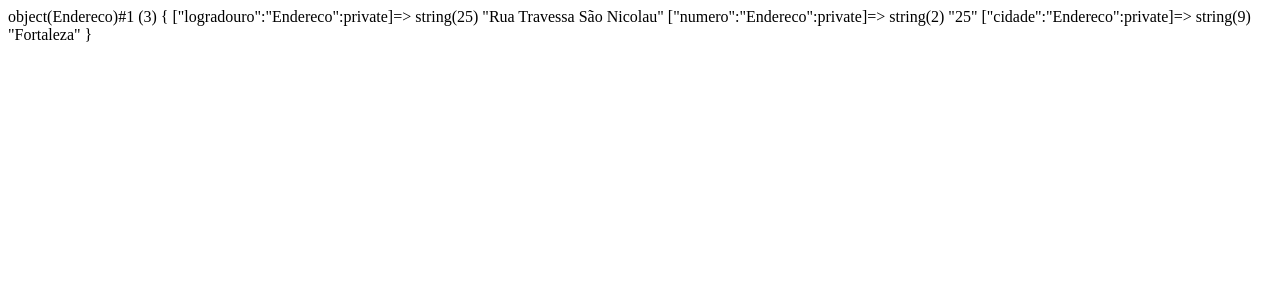
Repository: JeffersonDomingos/estudoPHP
Page: http://localhost/Endereco.php
An editor plug-in stored every save of this project. The page is shown before and after the next save, followed by the edit.
The browser window is 1280 px wide. The pictures show the whole page.
The page is run by PHP 8.4 with error messages shown; the project is at /var/www/html/.

Above is the page before, as saved 2024-02-21 20:43:30.

After the next save:
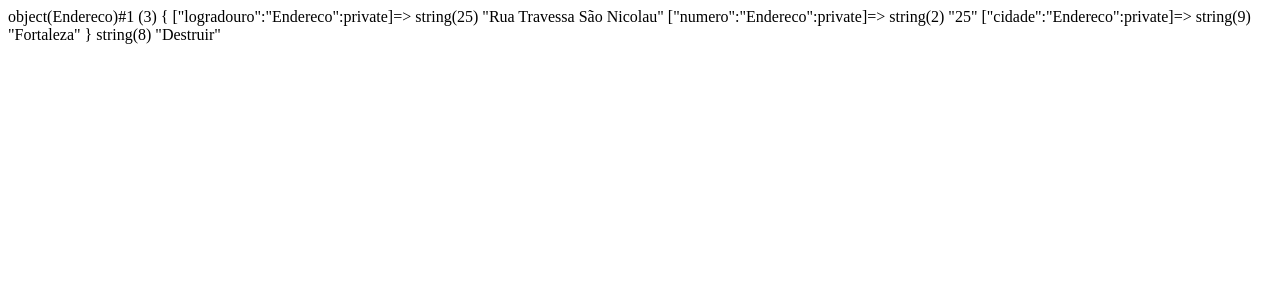
Saved 112 s later.
--- a/listaExercicio/POO/Endereco.php
+++ b/listaExercicio/POO/Endereco.php
@@ -14,6 +14,12 @@ class Endereco {
 
   }
 
+  public function __destruct(){
+
+      var_dump("Destruir");
+
+  }
+
 }
 
 
